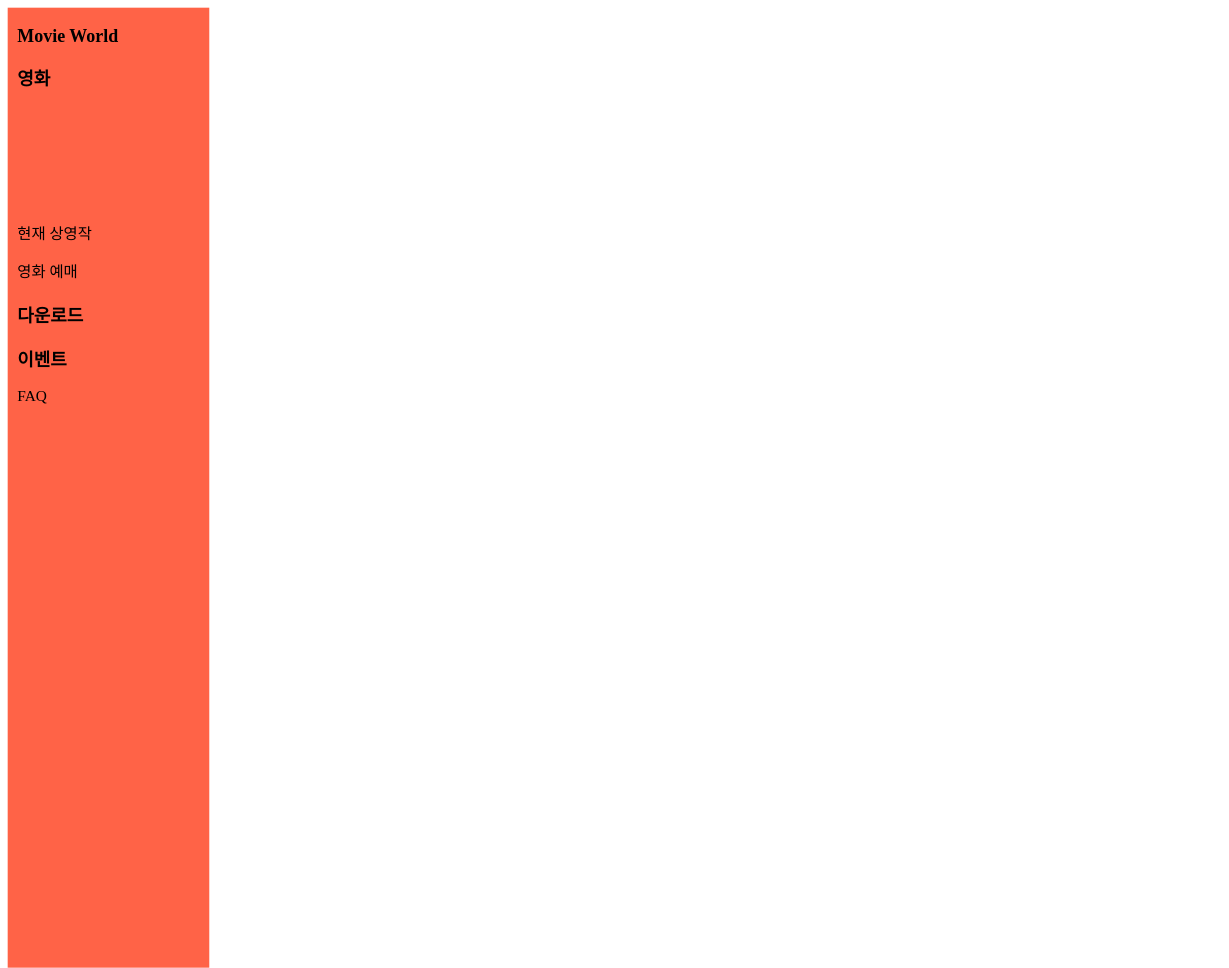
Repository: khpark1211/jsp
Page: http://localhost/TestJsp/
The author's editor kept a copy of each file at every save. The page is drawn from the files as they stood at one save, then again after the next save.
The browser window is 1280 px wide. The pictures show the whole page, at 96% of full size.
Some web libraries are served in a nearby version. The page is served by Tomcat 9.

Above is the page before, as saved 2020-04-07 05:37:50.

### TestJsp/WebContent/index.jsp

<%@ page language="java" contentType="text/html; charset=UTF-8"
	pageEncoding="UTF-8"%>
<!DOCTYPE html>
<html>
<head>
<meta charset="UTF-8">
<title>Insert title here</title>
<style type="text/css">
#mb-sidebar {
	width: 200px;
	padding-left: 10px;
	height: 1000px;
	float: left;
	border: 1px solid none;
	background-color: tomato;
}

#mb-content {
	width: 800px;
	min-height: 1000px;
	float: left;
	margin-left: 90px;
}

#mb-sidebar {
	list-style-type: none;
}

#accordion ul ul {
	display:none;
}

#accordion li.active ul{
	display: block;
}
</style>

<script src="https://code.jquery.com/jquery-1.12.4.js"></script>
<script src="https://code.jquery.com/ui/1.12.1/jquery-ui.js"></script>
<script type="text/javascript">
$( function() {
    $( "#accordion" ).accordion();
  } );
</script>
</head>
<body>
	<div id="mb-container">
		<div id="mb-sidebar">
			<!-- 메뉴 -->
			<div id="accordion">
					<h3>Movie World</h3>
					<h3 class="topMenuLi">영화</h3>

							<p>현재 상영작</p>
							<p>상영 예정작</p>
							<p>영화 예매</p>

					<h3 class="topMenuLi">평점 & 리뷰</h3>

					<h3 class="topMenu">다운로드</h3>
						<div>
							<p>이 달의 추천 영화</p>
							<p>인기 top 10</p>
							<p>시리즈 영화 할인</p>
							<p>장르별 영화관</p>
						</div>
					<h3 class="topMenuLi">이벤트</h3>
					<h3 class="topMenuLi">온라인 고객센터</h3>

							<p>FAQ</p>
							<p>1:1 문의하기</p>

			</div>
		</div>
	</div>
</body>
</html>

After the next save:
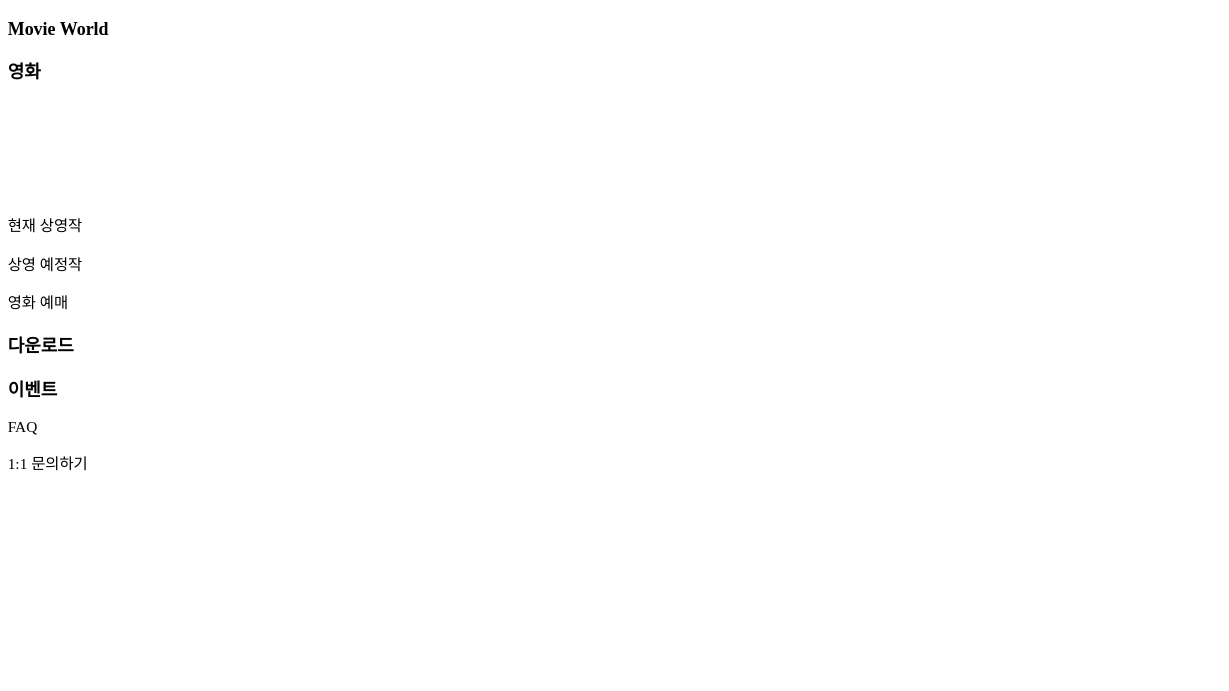
Saved 88 s later.
--- a/TestJsp/WebContent/index.jsp
+++ b/TestJsp/WebContent/index.jsp
@@ -27,13 +27,7 @@
 	list-style-type: none;
 }
 
-#accordion ul ul {
-	display:none;
-}
 
-#accordion li.active ul{
-	display: block;
-}
 </style>
 
 <script src="https://code.jquery.com/jquery-1.12.4.js"></script>
@@ -46,16 +40,17 @@ $( function() {
 </head>
 <body>
 	<div id="mb-container">
-		<div id="mb-sidebar">
+
 			<!-- 메뉴 -->
 			<div id="accordion">
 					<h3>Movie World</h3>
+
 					<h3 class="topMenuLi">영화</h3>
-
+						<div>
 							<p>현재 상영작</p>
 							<p>상영 예정작</p>
 							<p>영화 예매</p>
-
+						</div>
 					<h3 class="topMenuLi">평점 & 리뷰</h3>
 
 					<h3 class="topMenu">다운로드</h3>
@@ -67,12 +62,12 @@ $( function() {
 						</div>
 					<h3 class="topMenuLi">이벤트</h3>
 					<h3 class="topMenuLi">온라인 고객센터</h3>
-
+						<div>
 							<p>FAQ</p>
 							<p>1:1 문의하기</p>
+						<div>
+			</div>
 
-			</div>
-		</div>
 	</div>
 </body>
 </html>
